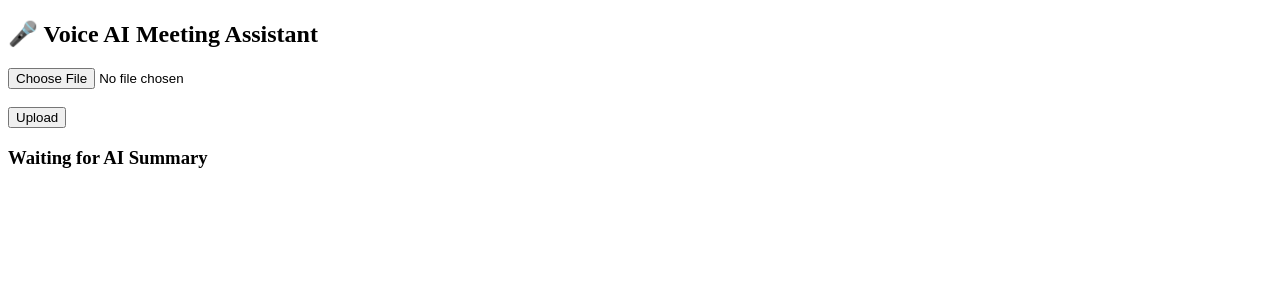
Repository: MujtabaHabib/Voice-AI-Meeting-Assistant
Page: index.html
These files come from the project's save history. The page is drawn as it stood at one moment and after a run of saves; the edit follows.
The browser window is 1280 px wide. The pictures show the whole page.

Above is the page before, as saved 2026-02-01 21:28:01.

After the next 2 saves:
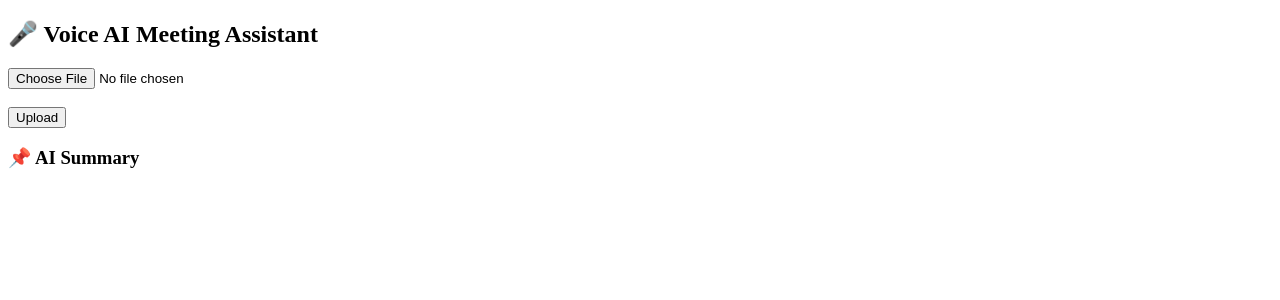
The 2 saves are shown as one change because they came seconds apart.
The last was saved 14 s later.
--- a/index.html
+++ b/index.html
@@ -14,7 +14,8 @@
     <button onclick="send()">Upload</button>
 
     <div class="box">
-        <h3>Waiting for AI Summary</h3>
+        <h3>📌 AI Summary</h3>
+
     </div>
 
 <script>
